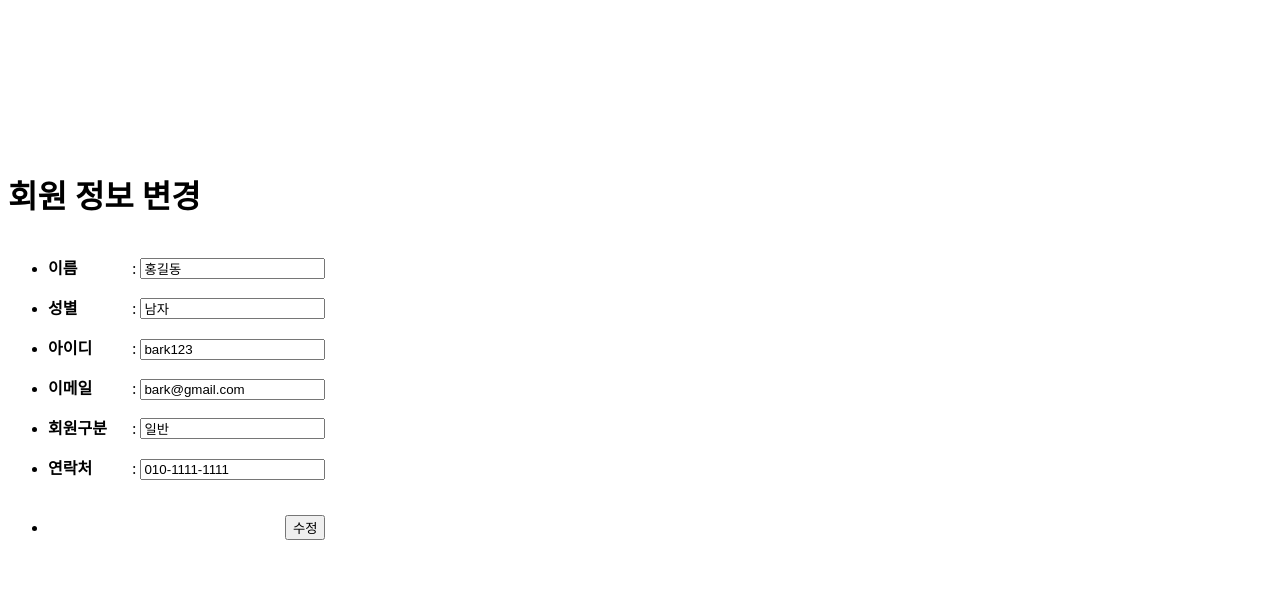
Repository: jngwk/Project-Bark
Page: http://localhost/Bark/include/userEditProfileFrm.jsp
An editor plug-in stored every save of this project. The page is shown before and after the next save, followed by the edit.
The browser window is 1280 px wide. The pictures show the whole page.
The page is served by Tomcat 9.

Above is the page before, as saved 2024-03-31 05:15:30.

After the next save:
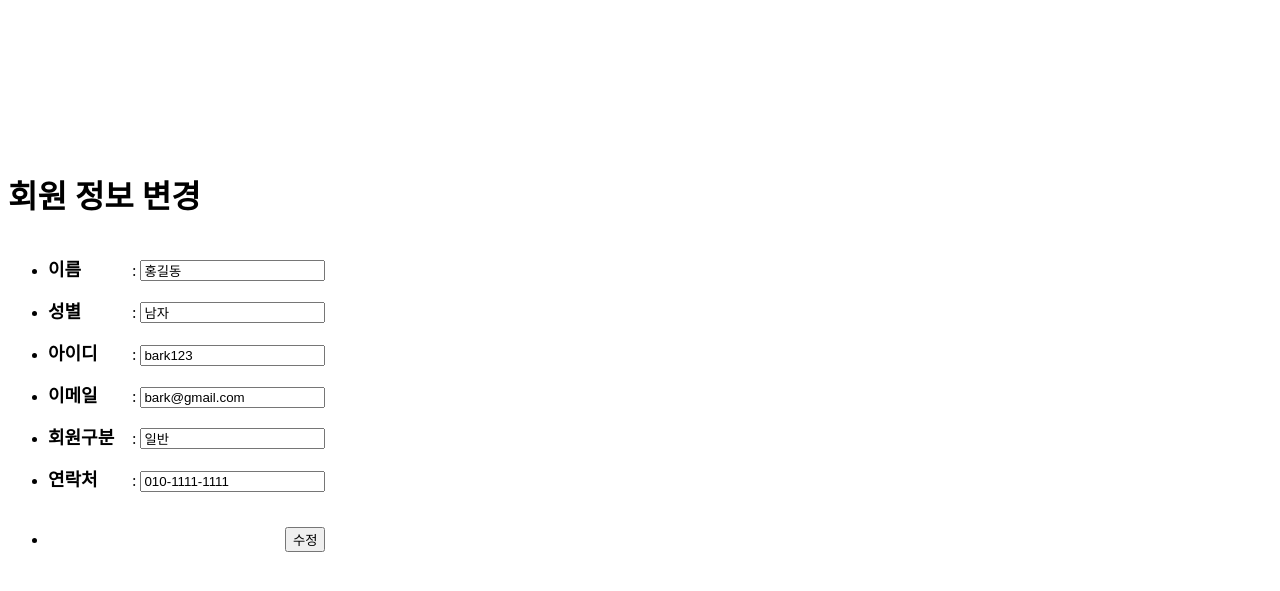
Saved 3 min 21 s later.
--- a/java_workspace/Bark/src/main/webapp/css/userEditProfileFrm.css
+++ b/java_workspace/Bark/src/main/webapp/css/userEditProfileFrm.css
@@ -6,7 +6,7 @@
 .label-text {
     display: inline-block;
     width: 80px; /* 고정 너비 설정 */
-    font-size: 16px;
+    font-size: 18px;
     padding-bottom: 16px;
     font-weight: 700;
 
